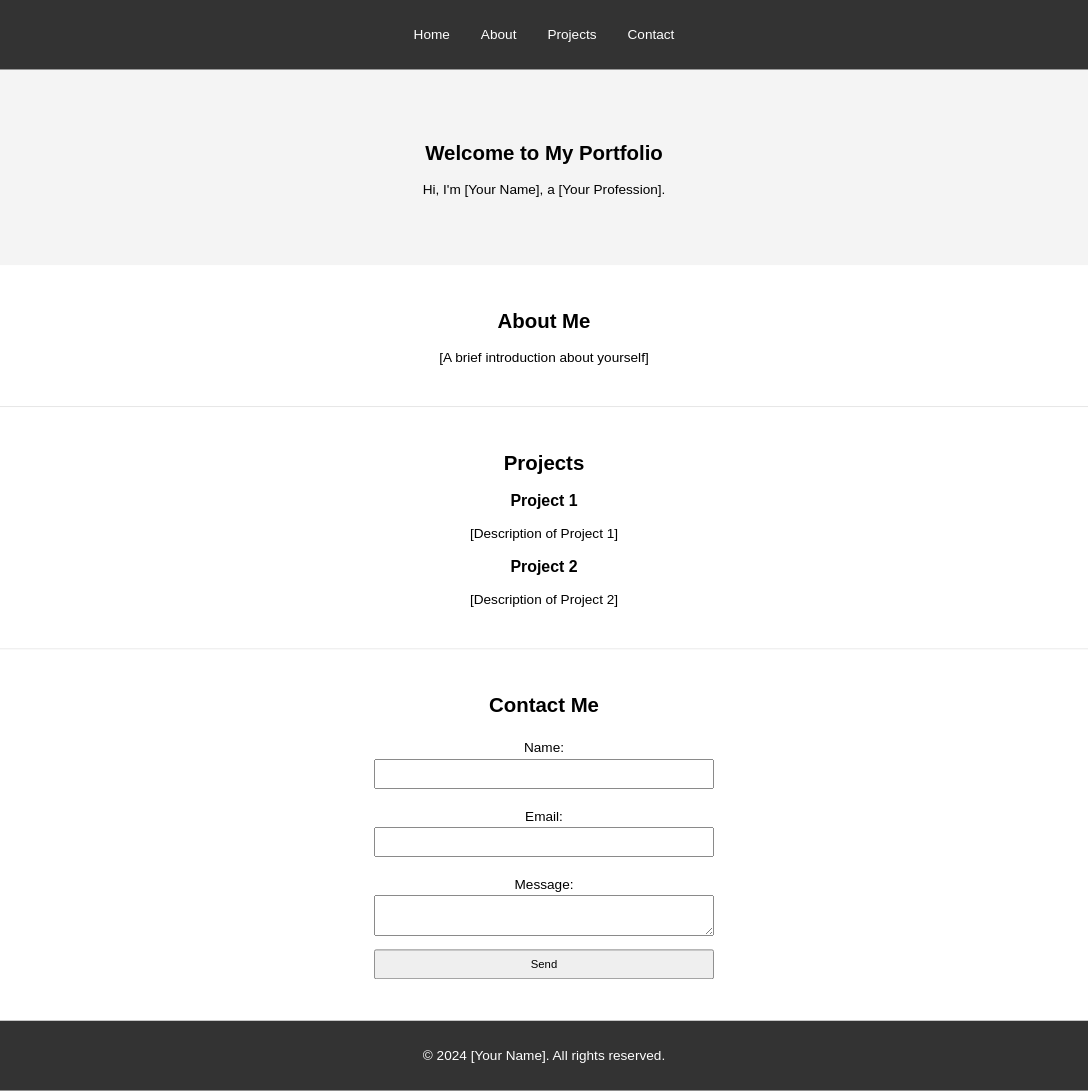
Repository: 4Kbrain/Portofolio
Page: index.html
The author's editor kept a copy of each file at every save. The page is drawn from the files as they stood at one save, then again after the next save.
The browser window is 1280 px wide. The pictures show the whole page, at 85% of full size.

Above is the page before, as saved 2024-05-15 07:34:25.

### index.html
<!DOCTYPE html>
<html lang="en">
<head>
    <meta charset="UTF-8">
    <meta name="viewport" content="width=device-width, initial-scale=1.0">
    <title>My Portfolio</title>
    <link rel="stylesheet" href="styles.css">
</head>
<body>
    <header>
        <nav>
            <ul>
                <li><a href="#home">Home</a></li>
                <li><a href="#about">About</a></li>
                <li><a href="#projects">Projects</a></li>
                <li><a href="#contact">Contact</a></li>
            </ul>
        </nav>
    </header>

    <section id="home">
        <h1>Welcome to My Portfolio</h1>
        <p>Hi, I'm [Your Name], a [Your Profession].</p>
    </section>

    <section id="about">
        <h2>About Me</h2>
        <p>[A brief introduction about yourself]</p>
    </section>

    <section id="projects">
        <h2>Projects</h2>
        <div class="project">
            <h3>Project 1</h3>
            <p>[Description of Project 1]</p>
        </div>
        <div class="project">
            <h3>Project 2</h3>
            <p>[Description of Project 2]</p>
        </div>
        <!-- Add more projects as needed -->
    </section>

    <section id="contact">
        <h2>Contact Me</h2>
        <form id="contact-form">
            <label for="name">Name:</label>
            <input type="text" id="name" name="name" required>

            <label for="email">Email:</label>
            <input type="email" id="email" name="email" required>

            <label for="message">Message:</label>
            <textarea id="message" name="message" required></textarea>

            <button type="submit">Send</button>
        </form>
    </section>

    <footer>
        <p>&copy; 2024 [Your Name]. All rights reserved.</p>
    </footer>

    <script src="scripts.js"></script>
</body>
</html>

### styles.css
body {
    font-family: Arial, sans-serif;
    margin: 0;
    padding: 0;
    box-sizing: border-box;
}

header {
    background-color: #333;
    color: white;
    padding: 1rem 0;
    text-align: center;
}

nav ul {
    list-style: none;
    padding: 0;
}

nav ul li {
    display: inline;
    margin: 0 1rem;
}

nav ul li a {
    color: white;
    text-decoration: none;
}

section {
    padding: 2rem;
    text-align: center;
}

#home {
    background: #f4f4f4;
    padding: 4rem 2rem;
}

#about, #projects, #contact {
    background: #fff;
    border-bottom: 1px solid #ddd;
}

.project {
    margin: 1rem 0;
}

form {
    display: flex;
    flex-direction: column;
    max-width: 400px;
    margin: 0 auto;
}

form label {
    margin: 0.5rem 0 0.2rem;
}

form input, form textarea, form button {
    padding: 0.5rem;
    margin-bottom: 1rem;
}

footer {
    background-color: #333;
    color: white;
    text-align: center;
    padding: 1rem 0;
}

### scripts.js
document.getElementById('contact-form').addEventListener('submit', function(event) {
    event.preventDefault();
    alert('Thank you for your message!');
});

After the next save:
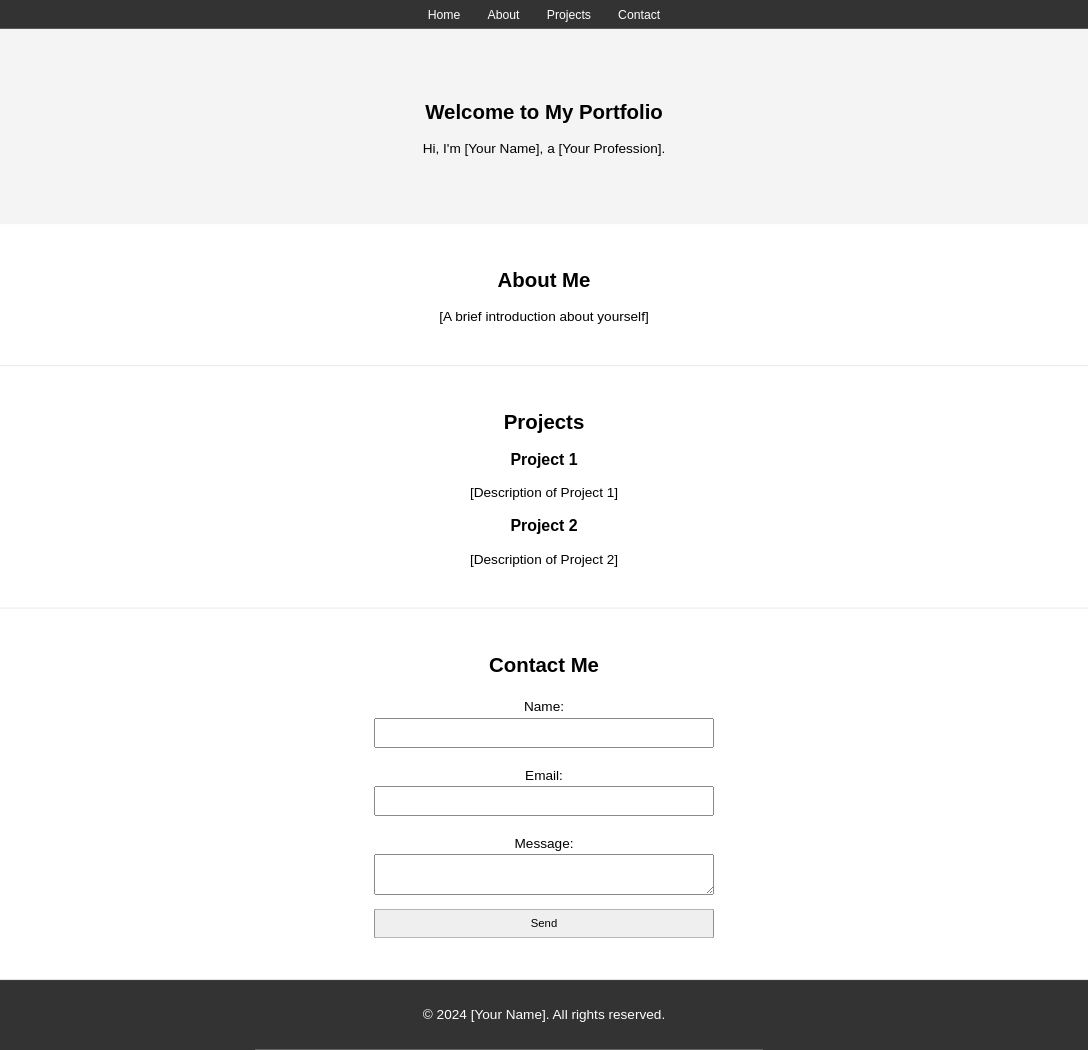
Saved 7 min 35 s later.
--- a/styles.css
+++ b/styles.css
@@ -8,23 +8,36 @@ body {
 header {
     background-color: #333;
     color: white;
-    padding: 1rem 0;
+    padding: 0.5rem 0;
     text-align: center;
+}
+
+nav {
+    display: flex;
+    justify-content: center;
+    align-items: center;
+}
+
+nav .logo img {
+    height: 40px; /* Adjust the height of the logo as needed */
+    margin-right: 1rem;
 }
 
 nav ul {
     list-style: none;
     padding: 0;
+    margin: 0;
+    display: flex;
 }
 
 nav ul li {
-    display: inline;
     margin: 0 1rem;
 }
 
 nav ul li a {
     color: white;
     text-decoration: none;
+    font-size: 0.9rem; /* Smaller font size for navbar items */
 }
 
 section {
